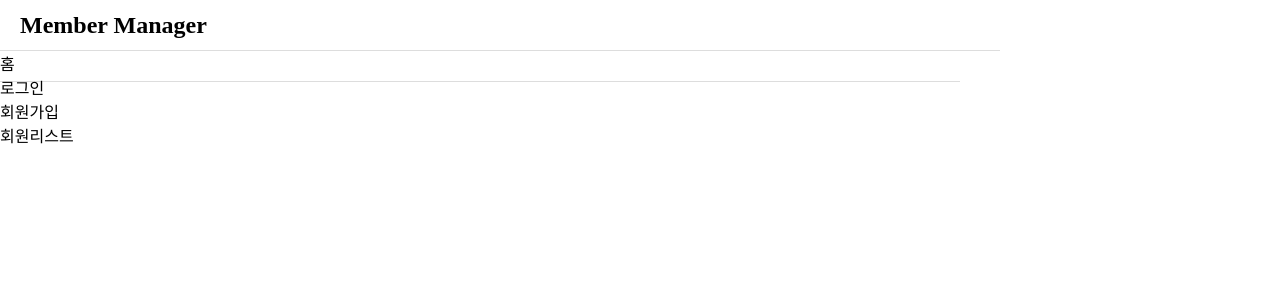
Repository: hhw9797/bitcampjn201904
Page: http://localhost/MemberManager/
The author's editor kept a copy of each file at every save. The page is drawn from the files as they stood at one save, then again after the next save.
The browser window is 1280 px wide. The pictures show the whole page.
The page is served by Tomcat 9.

Above is the page before, as saved 2019-06-20 07:47:29.

After the next save:
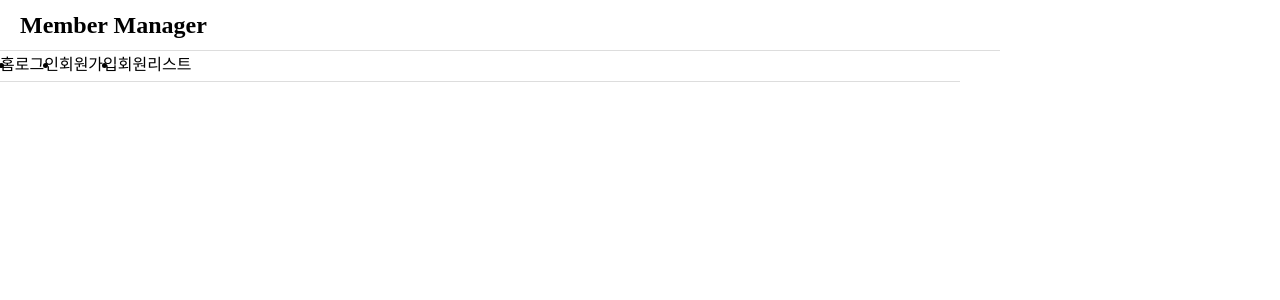
Saved 60 s later.
--- a/html/html5/jsp/MemberManager/WebContent/index.jsp
+++ b/html/html5/jsp/MemberManager/WebContent/index.jsp
@@ -28,6 +28,10 @@
 		height : 30px;
 		border-bottom: 1px solid #DDD;
 	}
+
+	#nav>ul>li {
+		float: left;
+	}
 </style>
 </head>
 <body>
